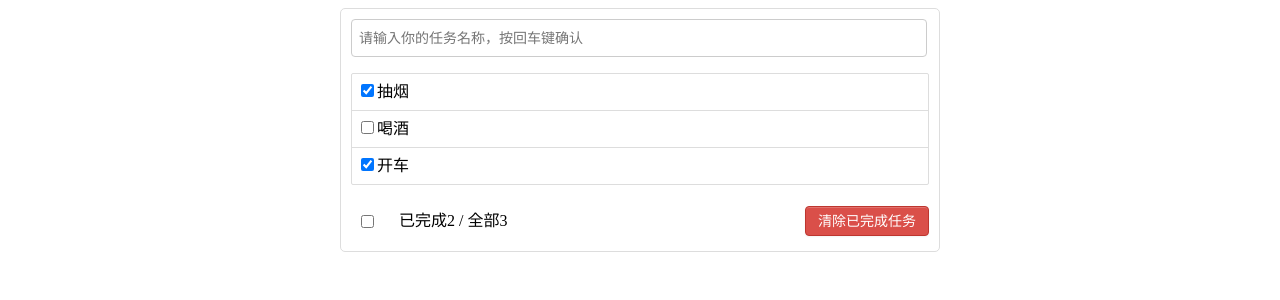
Repository: weiqsctj/TodoList
Page: /
The author's editor kept a copy of each file at every save. The page is drawn from the files as they stood at one save, then again after the next save.
The browser window is 1280 px wide. The pictures show the whole page.
The project was rebuilt for these pictures with package versions that can differ from the ones it lists, and the page was loaded fresh each time. Also part of the build but not shown: vue.config.js.

Above is the page before, as saved 2021-12-25 16:27:02.

### public/index.html
<!DOCTYPE html>
<html lang="">
  <head>
    <meta charset="utf-8">
    <meta http-equiv="X-UA-Compatible" content="IE=edge">
    <meta name="viewport" content="width=device-width,initial-scale=1.0">
    <link rel="icon" href="<%= BASE_URL %>favicon.ico">
    <title><%= htmlWebpackPlugin.options.title %></title>
  </head>
  <body>
    <noscript>
      <strong>We're sorry but <%= htmlWebpackPlugin.options.title %> doesn't work properly without JavaScript enabled. Please enable it to continue.</strong>
    </noscript>
    <div id="app"></div>
    <!-- built files will be auto injected -->
  </body>
</html>

### src/App.vue
<template>

	<div id="root">
		<div class="todo-container">
			<div class="todo-wrap">
				<MyHeader :addTodo="addTodo"/>
				<MyList :todos="todos" :checkTodo="checkTodo" :deleteTodo="deleteTodo"/>
				<MyFooter :todos="todos" :checkAllTodo="checkAllTodo" :clearAllTodo="clearAllTodo"/>
			</div>
		</div>
	</div>

</template>

<script>
	import MyHeader from './components/MyHeader'
	import MyList from './components/MyList'
	import MyFooter from './components/MyFooter.vue'

	export default {
		name:'App',
		components:{MyHeader,MyList,MyFooter},
		data() {
			return {
				//由于todos是MyHeader组件和MyFooter组件都在使用，所以放在App中（状态提升）
				todos:[
					{id:'001',title:'抽烟',done:true},
					{id:'002',title:'喝酒',done:false},
					{id:'003',title:'开车',done:true}
				]
			}
		},
		methods: {
			//添加一个todo
			addTodo(todoObj){
				this.todos.unshift(todoObj)
			},
			//勾选or取消勾选一个todo
			checkTodo(id){
				this.todos.forEach((todo)=>{
					if(todo.id === id) todo.done = !todo.done
				})
			},
			//删除一个todo
			deleteTodo(id){
				this.todos = this.todos.filter( todo => todo.id !== id )
			},
			//全选or取消全选
			checkAllTodo(done){
				this.todos.forEach((todo)=>{
					todo.done = done
				})
			},
			//清除所有已经完成的todo
			clearAllTodo(){
				this.todos = this.todos.filter((todo)=>{
					return !todo.done
				})
			}
		}
	}
</script>

<style>
	/*base*/
	body {
		background: #fff;
	}
	.btn {
		display: inline-block;
		padding: 4px 12px;
		margin-bottom: 0;
		font-size: 14px;
		line-height: 20px;
		text-align: center;
		vertical-align: middle;
		cursor: pointer;
		box-shadow: inset 0 1px 0 rgba(255, 255, 255, 0.2), 0 1px 2px rgba(0, 0, 0, 0.05);
		border-radius: 4px;
	}
	.btn-danger {
		color: #fff;
		background-color: #da4f49;
		border: 1px solid #bd362f;
	}
	.btn-danger:hover {
		color: #fff;
		background-color: #bd362f;
	}
	.btn:focus {
		outline: none;
	}
	.todo-container {
		width: 600px;
		margin: 0 auto;
	}
	.todo-container .todo-wrap {
		padding: 10px;
		border: 1px solid #ddd;
		border-radius: 5px;
	}
</style>

### src/components/MyHeader.vue
<template>
	<div class="todo-header">
		<input type="text" placeholder="请输入你的任务名称，按回车键确认" v-model="title" @keyup.enter="add"/>
	</div>
</template>

<script>
	import {nanoid} from 'nanoid'

	export default {
		name:'MyHeader',
		//接收从App传递过来的addTodo
		props:['addTodo'],

		data() {
			return {
				//收集用户输入的title
				title:''

			}
		},
		methods: {
			add(){
				//校验数据
				if(!this.title.trim()) return alert('输入不能为空')
				//将用户的输入包装成一个todo对象
				const todoObj = {id:nanoid(),title:this.title,done:false}
				//通知App组件去添加一个todo对象
				this.addTodo(todoObj)
				//清空输入
				this.title = ''
			}
		},
	}
</script>

<style scoped>
	/*header*/
	.todo-header input {
		width: 560px;
		height: 28px;
		font-size: 14px;
		border: 1px solid #ccc;
		border-radius: 4px;
		padding: 4px 7px;
	}

	.todo-header input:focus {
		outline: none;
		border-color: rgba(82, 168, 236, 0.8);
		box-shadow: inset 0 1px 1px rgba(0, 0, 0, 0.075), 0 0 8px rgba(82, 168, 236, 0.6);
	}
</style>

### src/components/MyList.vue
<template>
	<ul class="todo-main">
		<MyItem
			v-for="todoObj in todos"
			:key="todoObj.id"
			:todo="todoObj"
			:checkTodo="checkTodo"
			:deleteTodo="deleteTodo"
		/>
	</ul>
</template>

<script>
	import MyItem from './MyItem'

	export default {
		name:'MyList',
		components:{MyItem},
		//声明接收App传递过来的数据，其中todos是自己用的，checkTodo和deleteTodo是给子组件MyItem用的
		props:['todos','checkTodo','deleteTodo']
	}
</script>

<style scoped>
	/*main*/
	.todo-main {
		margin-left: 0px;
		border: 1px solid #ddd;
		border-radius: 2px;
		padding: 0px;
	}

	.todo-empty {
		height: 40px;
		line-height: 40px;
		border: 1px solid #ddd;
		border-radius: 2px;
		padding-left: 5px;
		margin-top: 10px;
	}
</style>

### src/components/MyFooter.vue
<template>
	<div class="todo-footer" v-show="total">
		<label>
			<input type="checkbox" :checked="isAll" @change="checkAll"/>
			<!-- <input type="checkbox" v-model="isAll"/> -->
		</label>
		<span>
			<span>已完成{{doneTotal}}</span> / 全部{{total}}
		</span>
		<button class="btn btn-danger" @click="clearAll">清除已完成任务</button>
	</div>
</template>

<script>
	export default {
		name:'MyFooter',
		props:['todos','checkAllTodo','clearAllTodo'],
		computed: {
			//总数
			total(){
				return this.todos.length
			},
			//已完成数
			doneTotal(){
				//此处使用reduce方法做条件统计
				/* const x = this.todos.reduce((pre,current)=>{
					console.log('@',pre,current)
					return pre + (current.done ? 1 : 0)
				},0) */
                //filter方法
				this.todos.filter
				//简写
				return this.todos.reduce((pre,todo)=> pre + (todo.done ? 1 : 0) ,0)
			},
			//控制全选框
			isAll:{
				//全选框是否勾选
				get(){
					return this.doneTotal === this.total && this.total > 0
				},
				//isAll被修改时set被调用
				set(value){
					this.checkAllTodo(value)
				}
			}
		},
		methods: {
			checkAll(e){
				this.checkAllTodo(e.target.checked)
			},
			//清空所有已完成
			clearAll(){
				this.clearAllTodo()
			}
		},
    }
</script>

<style scoped>
	/*footer*/
	.todo-footer {
		height: 40px;
		line-height: 40px;
		padding-left: 6px;
		margin-top: 5px;
	}

	.todo-footer label {
		display: inline-block;
		margin-right: 20px;
		cursor: pointer;
	}

	.todo-footer label input {
		position: relative;
		top: -1px;
		vertical-align: middle;
		margin-right: 5px;
	}

	.todo-footer button {
		float: right;
		margin-top: 5px;
	}
</style>

### src/components/MyItem.vue
<template>
	<li>
		<label>
			<input type="checkbox" :checked="todo.done" @change="handleCheck(todo.id)"/>
			<!-- 如下代码也能实现功能，但是不太推荐，因为有点违反原则，因为修改了props -->
			<!-- <input type="checkbox" v-model="todo.done"/>-->
			<span>{{todo.title}}</span>
		</label>
		<button class="btn btn-danger" @click="handleDelete(todo.id)">删除</button>
	</li>
</template>

<script>
	export default {
		name:'MyItem',
		// 声明接收todo、checkTodo、deleteTodo
		props:['todo','checkTodo','deleteTodo'],


		methods: {
			//勾选or取消勾选
			handleCheck(id){
				//通知App组件将对应的todo对象的done值取反
				this.checkTodo(id)
			},
			//删除
			handleDelete(id){
				if(confirm('确定删除吗？')){
					//通知App组件将对应的todo对象删除
					this.deleteTodo(id)
				}
			}
		},
	}
</script>

<style scoped>
	/*item*/
	li {
		list-style: none;
		height: 36px;
		line-height: 36px;
		padding: 0 5px;
		border-bottom: 1px solid #ddd;
	}

	li label {
		float: left;
		cursor: pointer;
	}

	li label li input {
		vertical-align: middle;
		margin-right: 6px;
		position: relative;
		top: -1px;
	}

	li button {
		float: right;
		display: none;
		margin-top: 3px;
	}

	li:before {
		content: initial;
	}

	li:last-child {
		border-bottom: none;
	}

	li:hover{
		background-color: #ddd;
	}

	li:hover button{
		display: block;
	}

</style>

Loaded but not shown: src/main.js (common file)

After the next save:
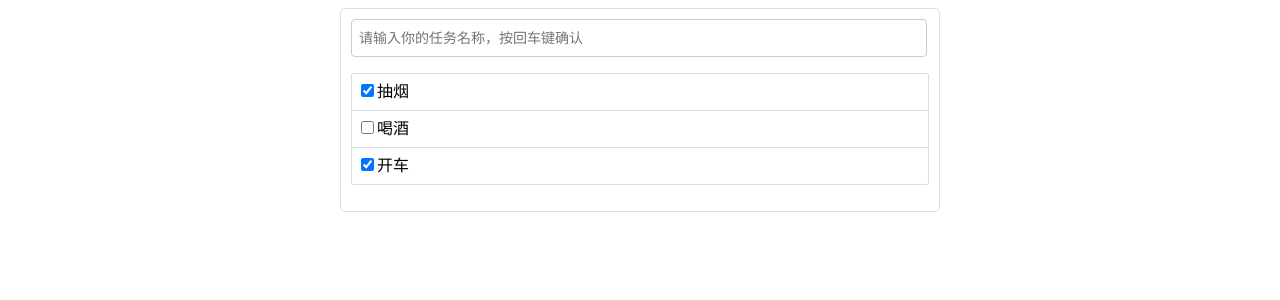
Saved 9 s later.
--- a/src/components/MyFooter.vue
+++ b/src/components/MyFooter.vue
@@ -28,7 +28,7 @@
 					return pre + (current.done ? 1 : 0)
 				},0) */
                 //filter方法
-				this.todos.filter
+				this.todos.filter(n)
 				//简写
 				return this.todos.reduce((pre,todo)=> pre + (todo.done ? 1 : 0) ,0)
 			},

After the 4 saves that followed:
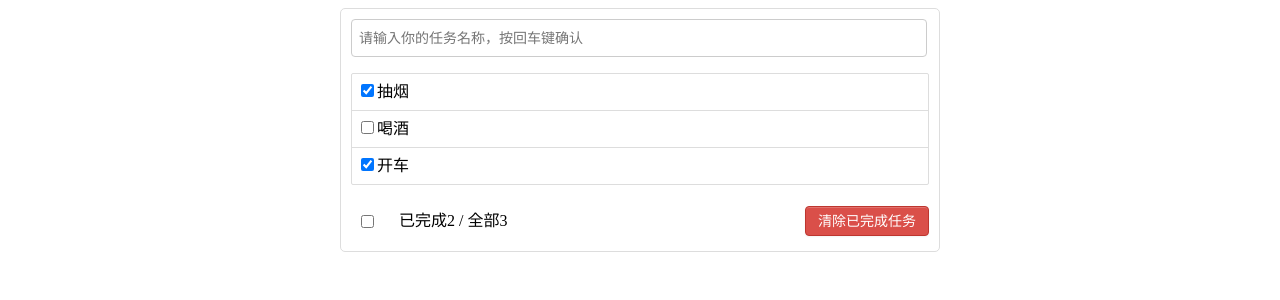
The 4 saves are shown as one change because 1 did not build or start and some came seconds apart.
The last was saved 17 s later.
--- a/src/components/MyFooter.vue
+++ b/src/components/MyFooter.vue
@@ -28,7 +28,7 @@
 					return pre + (current.done ? 1 : 0)
 				},0) */
                 //filter方法
-				this.todos.filter(n)
+				this.todos.filter(n => n.done)
 				//简写
 				return this.todos.reduce((pre,todo)=> pre + (todo.done ? 1 : 0) ,0)
 			},
